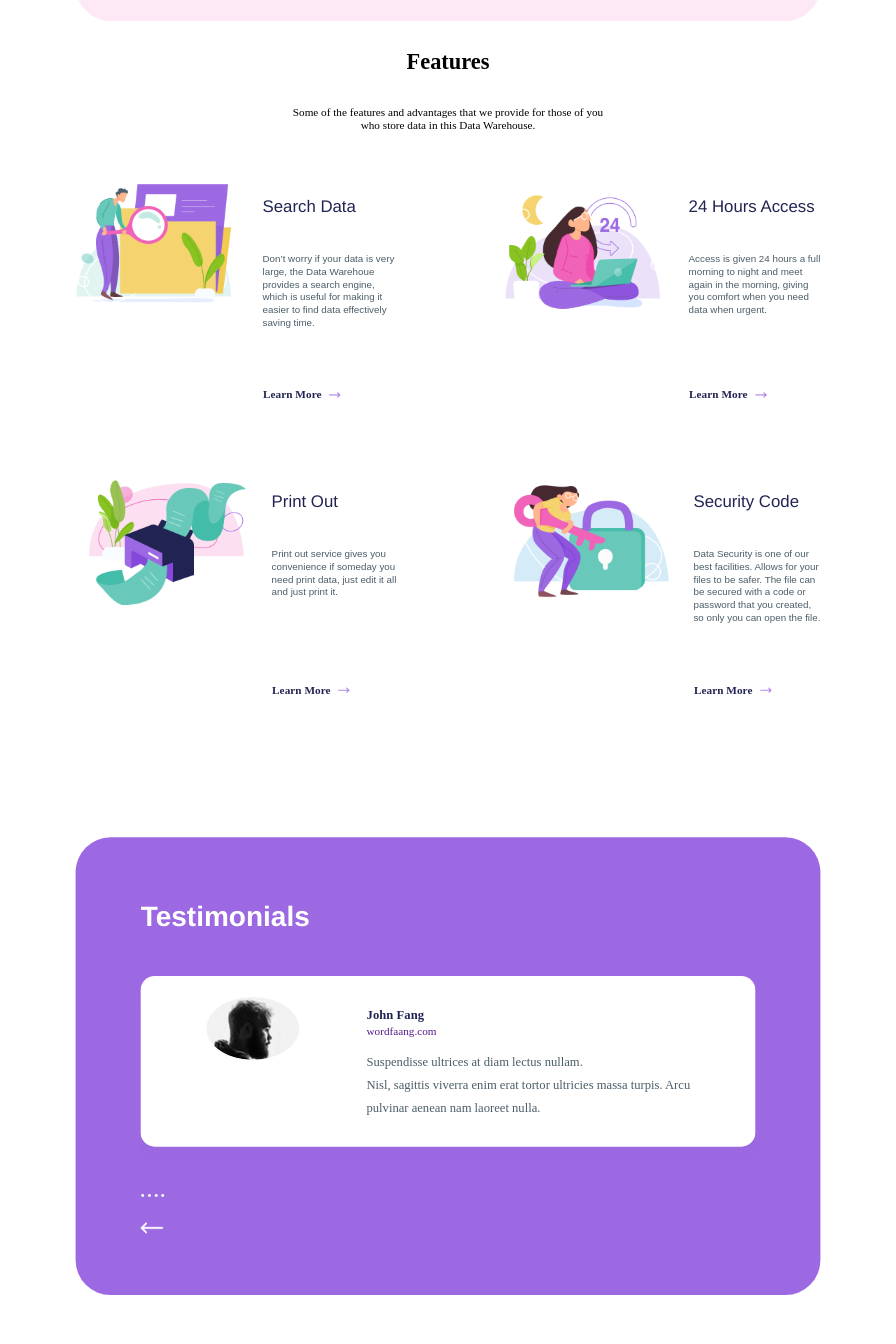
Repository: batonAnton/HW6_flexbox
Page: index.html
An editor plug-in stored every save of this project. The page is shown before and after the next save, followed by the edit.
The browser window is 1280 px wide. The pictures show the part of the page from y = 1303 to 3223 px (the page is 3223 px tall before and 3171 px after), at 70% of full size.
Some web fonts or font styles are not loaded; a fallback is used.

Above is the page before, as saved 2022-06-19 15:27:58.

### index.html
<!DOCTYPE html>
<html lang="en">
<head>
    <meta charset="UTF-8">
    <meta http-equiv="X-UA-Compatible" content="IE=edge">
    <meta name="viewport" content="width=device-width, initial-scale=1.0">
    <link href="http://fonts.cdnfonts.com/css/helvetica-neue-9" rel="stylesheet">
    <link rel="stylesheet" href="./fonts/Helvetica-Bold.ttf">
    <link rel="stylesheet" href="./fonts/AvenirLTStd-Black.otf">
    <link rel="stylesheet" href="./css/style.css">
    <title>FlexBox</title>
</head>
<body>
    <header>
        <div class="logo">
            <img src="./images/logo.png" alt="logo">
        </div>

        <nav>
            <ul>
                <li>
                    <a href="#">about</a>
                </li>
                <li>
                    <a href="#">help</a>
                </li>
                <li>
                    <a href="#">features</a>
                </li>
                <li>
                    <a href="#">signup</a>
                </li>
            </ul>
        </nav>

        <div class="header-btn">
            <div>
                <button>request demo</button>
            </div>
            <div class="btn-img">
                <img src="./images/right-arrow.png" alt="arrow-right" >
            </div>
        </div>
    </header>

    <div class="section allstyles">
        <div class="info">
            <h1>Save your data <br> storage here.</h1>
            <p>Data Warehouse is a data storage area that <br>has been
                tested for security, so you can store <br> your data here
                safely but not be afraid of <br> being stolen by others.</p>
            <button>Learn more</button>
        </div>

        <div class="section-img">
            <img src="./images/headerImg.png" alt="">
        </div>
    </div>

    <div class="section2 allstyles">
        <div class="sectin2-img">
            <img src="./images/assideimg.png" alt="assideimg">
        </div>

        <div class="section2-info">
            <h1>We are a high-level data <br> storage bank</h1>
            <p>
                The place to store various data that you can access at any <br> time through the internet  and where you can carry it. <br>
                This very flexible storage area has a high level of security. <br> To enter into your own data you must enter the password <br> that you created when you registered in this Data <br> Warehouse.
            </p>
        </div>
    </div>

    <div class="section3 allstyles">
        <h1 class="section3-header"> Features</h1>
        <p class="section3-header">Some of the features and advantages that we provide for those of you <br> who store data in this Data Warehouse.</p>

        <div class="row1">
            <div class="block">
                <img src="./images/section3/image1 1.png" alt="img">
                <div class="info">
                    <h1>Search Data</h1>
                <p>
                    Don’t worry if your data is very <br> large, the Data Warehoue <br> provides a search engine, <br> which is useful for making it <br> easier to find data effectively <br> saving time.
                </p>

                <div class="header-btn section3-btn">
                    <div>
                        <button>Learn more</button>
                    </div>
                    <div class="btn-img">
                        <img src="./images/right-arrow.png" alt="arrow-right" >
                    </div>
                </div>
                </div>

            </div>


            <div class="block">
                <img src="./images/section3/image2.png" alt="img">
                <div class="info">
                    <h1>24 Hours Access</h1>
                <p>
                    Access is given 24 hours a full <br> morning to night and
                    meet <br> again in the morning, giving <br> you comfort when
                    you need <br> data when urgent.
                </p>

                <div class="header-btn section3-btn">
                    <div>
                        <button>Learn more</button>
                    </div>
                    <div class="btn-img">
                        <img src="./images/right-arrow.png" alt="arrow-right" >
                    </div>
                </div>
                </div>

            </div>
        </div>

        <!-- row2 start -->

        <div class="row1 row2">
            <div class="block">
                <img src="./images/section3/image3 1.png" alt="img">
                <div class="info">
                    <h1>Print Out</h1>
                <p>
                    Print out service gives you <br> convenience if someday
                    you <br> need print data, just edit it all <br> and just print it.
                </p>

                <div class="header-btn section3-btn">
                    <div>
                        <button>Learn more</button>
                    </div>
                    <div class="btn-img">
                        <img src="./images/right-arrow.png" alt="arrow-right" >
                    </div>
                </div>
                </div>

            </div>


            <div class="block">
                <img src="./images/section3/image4 1.png" alt="img">
                <div class="info">
                    <h1>Security Code</h1>
                <p>
                    Data Security is one of our <br> best facilities. Allows for your <br> files
                    to be safer. The file can <br> be secured with a code or <br>
                    password that
                    you created, <br> so only you can open the file.
                </p>

                <div class="header-btn section3-btn">
                    <div>
                        <button>Learn more</button>
                    </div>
                    <div class="btn-img">
                        <img src="./images/right-arrow.png" alt="arrow-right" >
                    </div>
                </div>
                </div>

            </div>
        </div>
    </div>

    <div class="section4 allstyles">
        <h1>Testimonials</h1>

        <div class="block">
            <img class="rounded" src="./images/section3/Ellipse 76.jpg" alt="img">
            <div class="info">
                <h1>John Fang </h1>
                <a href="">wordfaang.com</a>
                <p>
                    Suspendisse ultrices at diam lectus nullam. <br>
                    Nisl, sagittis viverra enim erat tortor ultricies massa turpis. Arcu <br> pulvinar aenean nam laoreet nulla.
                </p>
            </div>
        </div>
        <h4>&#x2022 &#x2022 &#x2022 &#x2022</h4>
        <p class="right"> <img src="./images/section3/left-arrow.png" alt=""> </p>
    </div>
</body>
</html>

### css/style.css
body {
  box-sizing: border-box;
  font-family: "Avenir";
}

.allstyles{
    margin: 70px 100px;
}

header {
  display: flex;
  margin: 30px 100px;
  justify-content: space-between;
  /* border: 1px solid gray; */
 font-family: Arial, Helvetica, sans-serif;
  font-size: 16px;
}


nav {
  margin-right: 40%;
}

nav ul {
  display: flex;
  list-style: none;
  color: #4b5d68;
}

nav ul li a {
  text-decoration: none;
  padding-left: 20px;
  text-transform: capitalize;
}

.header-btn {
  display: flex;
  justify-content: center;
}


.header-btn button {
  padding: 15px 30px 15px 15px;
  text-transform: capitalize;
  border: none;
  border-radius: 50px;
  background: #ffffff;
  box-shadow: 0px 5px 5px rgb(75 93 104 / 15%);
  width: 210px;
  color: #212353;
  font-size: 16px;
  font-weight: 800;
  line-height: 100%;
  letter-spacing: 0.005em;
}

.btn-img {
  margin-left: -35px;
  padding-left: -15px;
  align-self: center;
}

button img {
  padding-top: 5px;
  margin-left: 5px;
}

button:hover {
  border: 1px solid rgba(156, 105, 226, 1);
  text-decoration: underline;
}

.section {
  display: flex;
  position: relative;
  height: 600px;
  overflow: hidden;
}


.info {
  width: 50%;
}

.section h1 {
  font-style: normal;
  font-weight: 700;
  font-size: 4rem;
  line-height: 110%;
  font-family: "Helvetica Neue", sans-serif;
  color:#212353;
  font-weight: 700;
}



.section p {
  font-family: 'Avenir', Helvetica, sans-serif;
  font-style: normal;
  font-weight: 500;
  font-size: 16px;
  line-height: 28px;
  margin-top: 50px;
  margin-bottom: 50px;
}

.section-img {
  position: absolute;
  bottom: 1%;
  right: -13%;
}
.section-img img {
  width: 84%;
}

.info button{
    font-family: 'Avenir', Helvetica, sans-serif;
    font-style: normal;
    font-weight: 700;
    font-size: 18px;
    line-height: 160%;
    background-color: #9C69E2;
    border-radius: 50px;
    color: #ffffff;
    width: 170px;
    height: 60px;
    border: none;
    cursor: pointer;
}


.section2{
    display: flex;
    justify-content: space-between;
    background: rgba(240, 99, 184, 0.15);
    border-radius: 50px;
    font-family: 'Avenir', Helvetica, sans-serif;
}

.section2 h1{
    font-style: normal;
    font-weight: 700;
    font-size: 40px;
    line-height: 130%;
    color: #212353;
}

.section2 p{
    font-family: 'Avenir', Helvetica, sans-serif;
font-style: normal;
font-weight: 400;
font-size: 16px;
line-height: 160%;
}

.section2-info{
    padding:55px;
}


.section3-header{
    text-align: center;
    margin: -30px 0 75px 0;
}

.row1{
    display: flex;
    justify-content: space-between;
}

.row1 .block img{
    float: left;
}

.section3 .info{
  float: right;
  width: auto;
  margin-left: 35px;
}

.section3 .info h1{
  font-family: 'Helvetica';
font-style: normal;
font-weight: 400;
font-size: 24px;
line-height: 130%;
color: #212353;
}

.section3 .info p{
  font-family: 'Avenir',  sans-serif;
font-style: normal;
font-weight: 200;
font-size: 14px;
line-height: 130%;
color: #4B5D68;
margin-top: 50px;
/* margin-bottom: 50px; */
height: 160px;
}

.section3 .section3-btn button{
  padding:0;
  color: #212353;
  box-shadow: none;
  background-color: #ffffff;
  font-family: 'Avenir';
  font-style: normal;
  font-weight: 900;
  font-size: 16px;
  line-height: 160%;
  letter-spacing: 0.005em;
  width:85px;
}

.section3 .header-btn{
  display: flex;
  justify-content: flex-start;
}

.section3 .btn-img{
  margin-left: 10px;
}

.row2{
  margin: 90px 0  180px 0;
}

.section4{
  /* height: 709px; */
  background-color: #9C69E2;
  border-radius: 50px;
  padding: 60px 93px;
}

.section4 h1{
  font-family: 'Helvetica';
  font-style: normal;
  font-weight: 700;
  font-size: 40px;
  line-height: 130%;
  color: #FFFFFF;
  margin-bottom: 60px;
}

.section4 .block{
  background-color: #FFFFFF;
  box-shadow: 0px 20px 0px rgba(156, 105, 226, 0.3);
  border-radius: 20px;
  padding: 30px 93px 120px 93px;
}

.section4 .info{
  float: right;
  width: auto;
}

.section4 .info h1{
font-family: 'Avenir';
font-style: normal;
font-weight: 900;
font-size: 18px;
line-height: 160%;
letter-spacing: 0.005em;
color: #212353;
margin-bottom: 0;
}

.section4 .info p{
  font-family: 'Avenir';
font-style: normal;
font-weight: 400;
font-size: 18px;
line-height: 180%;
color: #4B5D68;
}

.section4 .info a{
  text-decoration: none;
}

.rounded{
  border-radius:50%;
}

h4{
  color: #ffffff;
  margin-top: 60px ;
}

After the next save:
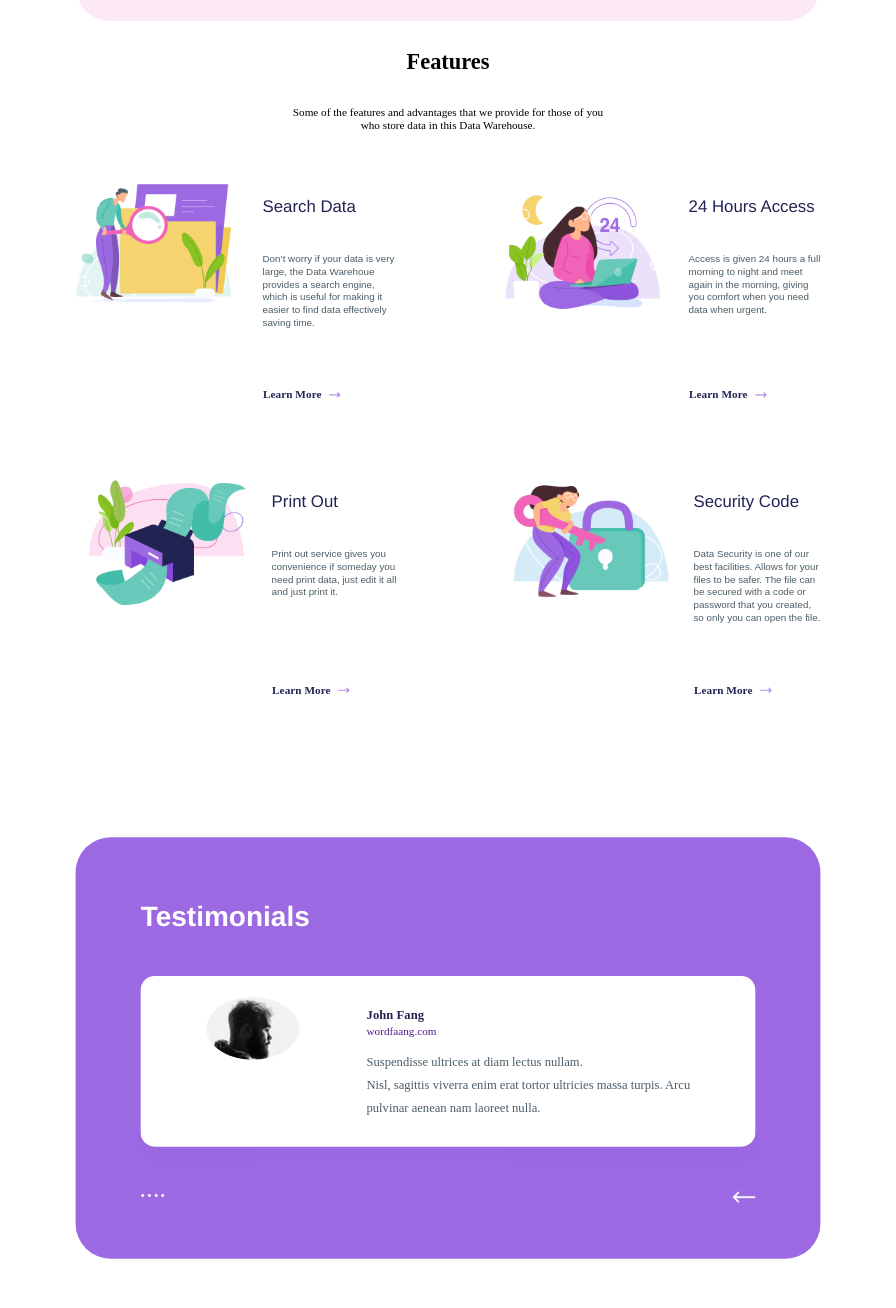
Saved 2 min 8 s later.
--- a/css/style.css
+++ b/css/style.css
@@ -287,3 +287,10 @@ h4{
   color: #ffffff;
   margin-top: 60px ;
 }
+
+.right{
+  margin-left: auto;
+  margin-right: auto;
+  float: right;
+  margin-top: -44px;
+}
